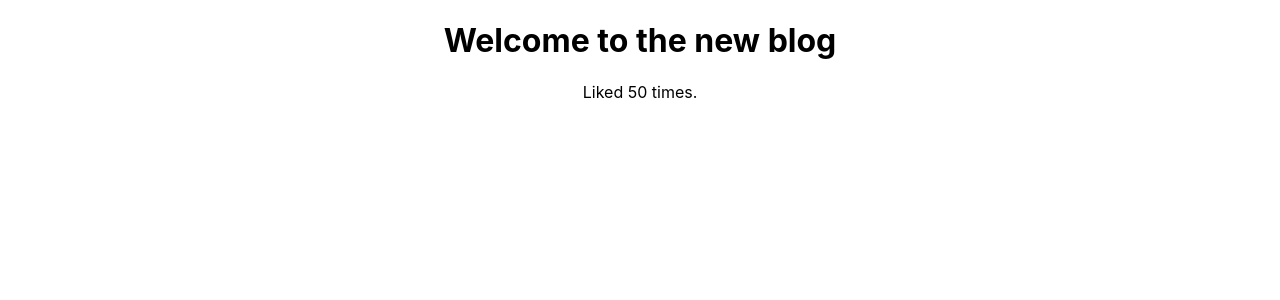
Repository: DESTINYAS/Reactjs
Page: /create
These files come from the project's save history. The page is drawn as it stood at one moment and after the next save; the edit follows.
The browser window is 1280 px wide. The pictures show the whole page.
The project was rebuilt for these pictures with package versions that can differ from the ones it lists, and the page was loaded fresh each time.

Above is the page before, as saved 2022-11-27 18:52:36.

### src/App.js
import "./App.css";

function App() {
  const tittle = "Welcome to the new blog";
  const likes = 50;
  return (
    <div className="App">
      <div className="content">
        <h1>{tittle}</h1>
        <p>Liked {likes} times.</p>
      </div>
    </div>
  );
}

export default App;

Loaded but not shown: public/index.html (common file); src/index.js (common file); src/index.css (common file); src/reportWebVitals.js (common file); src/App.css (common file)

After the next save:
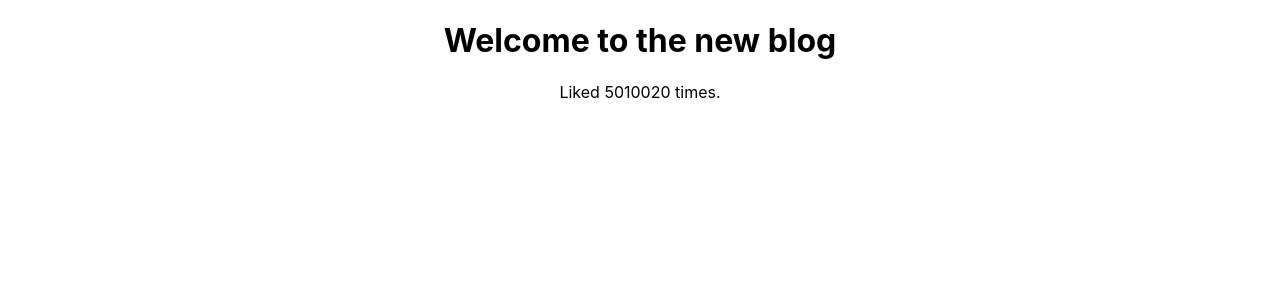
Saved 112 s later.
--- a/src/App.js
+++ b/src/App.js
@@ -2,7 +2,7 @@
 
 function App() {
   const tittle = "Welcome to the new blog";
-  const likes = 50;
+  const likes = [50, 100, 20];
   return (
     <div className="App">
       <div className="content">

After the 2 saves that followed:
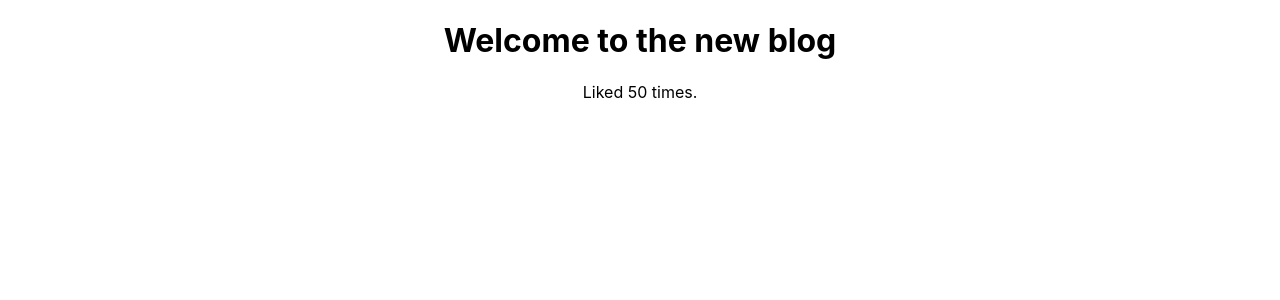
The 2 saves are shown as one change because 1 did not build or start.
The last was saved 80 s later.
--- a/src/App.js
+++ b/src/App.js
@@ -2,7 +2,7 @@
 
 function App() {
   const tittle = "Welcome to the new blog";
-  const likes = [50, 100, 20];
+  const likes = 50;
   return (
     <div className="App">
       <div className="content">
